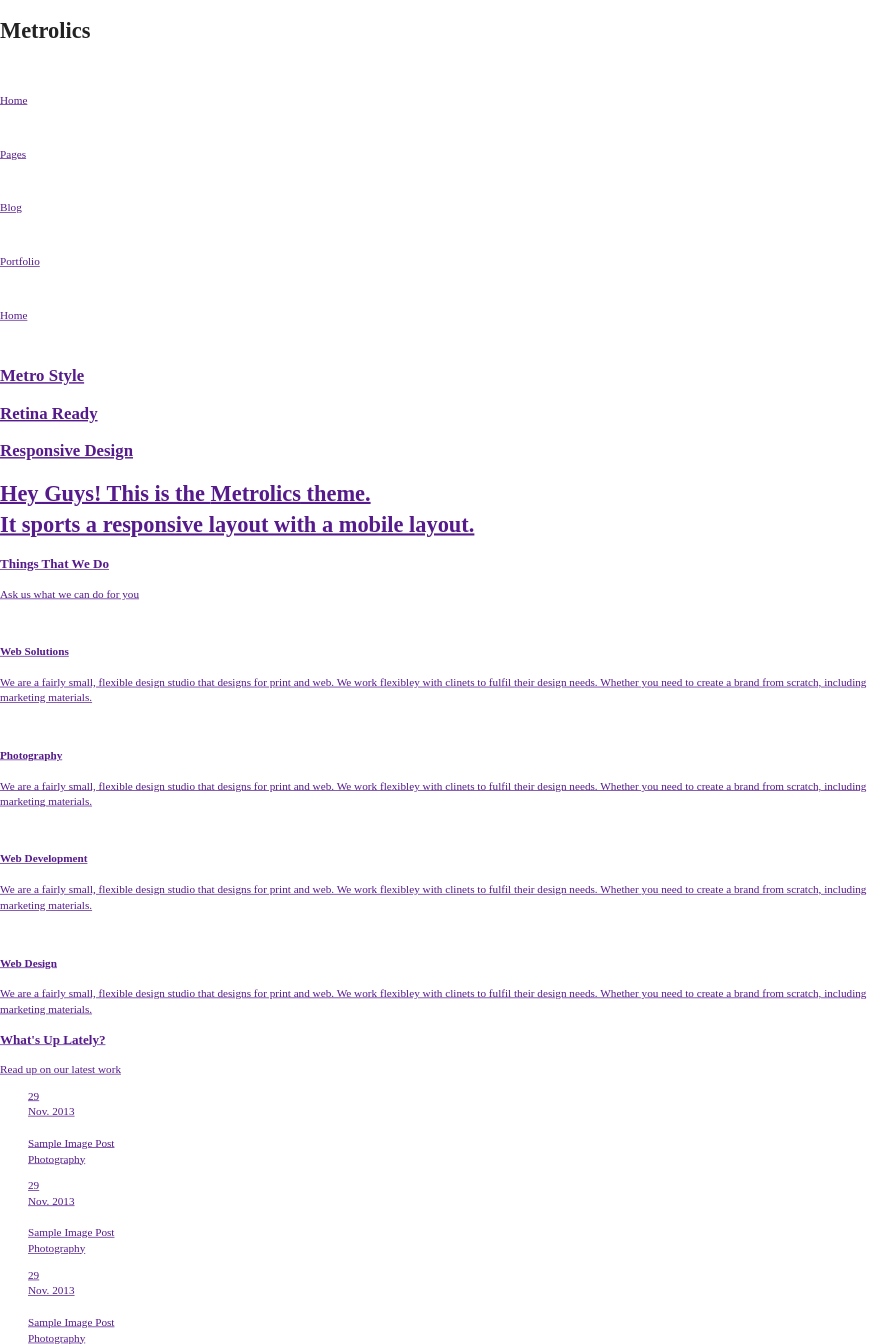
Repository: claudiashin/metrolics
Page: index.html
The author's editor kept a copy of each file at every save. The page is drawn from the files as they stood at one save, then again after the next save.
The browser window is 1280 px wide. The pictures show the part of the page from y = 0 to 1920 px (the page is 3001 px tall before and 2985 px after), at 70% of full size.

Above is the page before, as saved 2021-01-27 16:35:32.

After the next save:
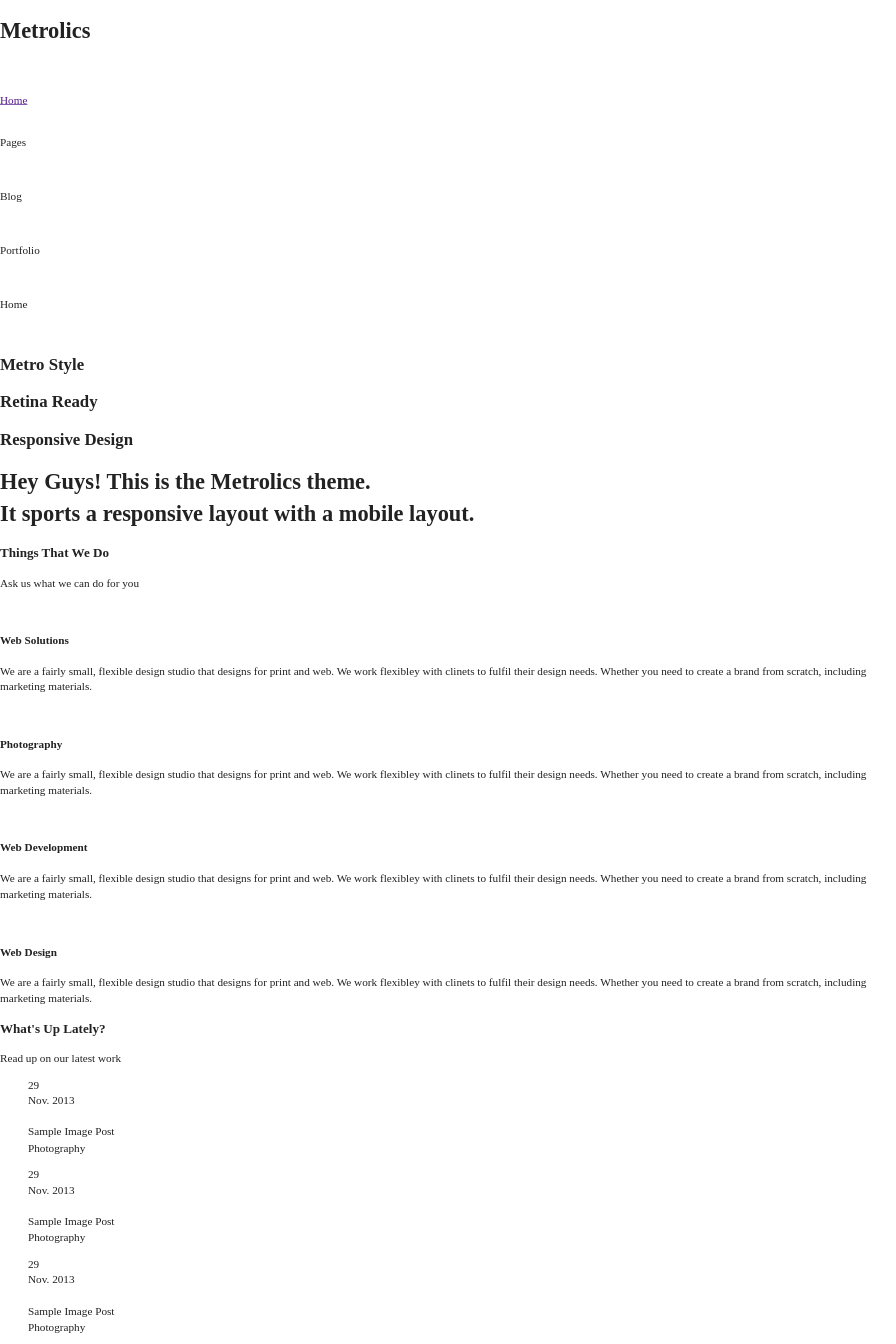
Saved 8 s later.
--- a/index.html
+++ b/index.html
@@ -27,7 +27,7 @@
     <div class="nav_container">
       <div class="nav_icon">
         <div><img src=""></div>
-        <a href="">Home</p>
+        <a href="">Home</a>
       </div>
       <div class="nav_icon">
         <div><img src=""></div>
